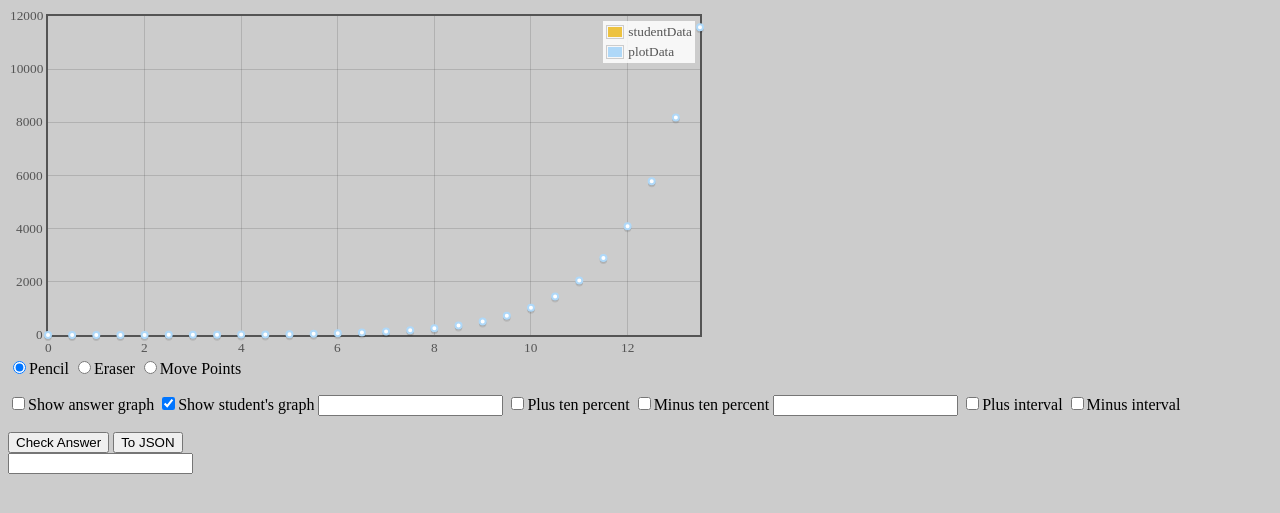
Repository: danmartelly/601autogradeGraphs
Page: flotSketching/test.html
These files come from the project's save history. The page is drawn as it stood at one moment and after the next save; the edit follows.
The browser window is 1280 px wide. The pictures show the whole page.

Above is the page before, as saved 2014-01-30 17:54:45.

After the next save:
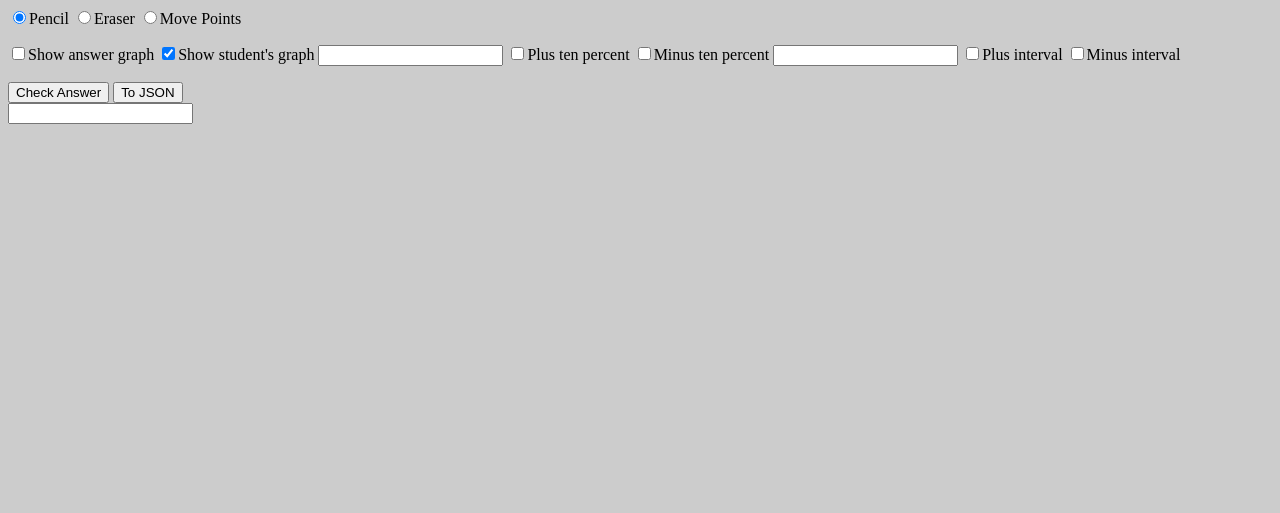
Console error (its wording comes from the project's code and is left out).
Saved 24 s later.
--- a/flotSketching/test.html
+++ b/flotSketching/test.html
@@ -10,9 +10,7 @@
 </head>
 <body>
 	<div class="flotContainer">
-		<div class="demo-container">
-			<div id="placeholder" class="demo-placeholder"></div>
-		</div>
+		<div class="flot-placeholder"></div>
 	</div>
 	<form id="tool">
 		<input id="pencilRadio" type="radio" name="tool" value="pencil" checked="checked">Pencil
